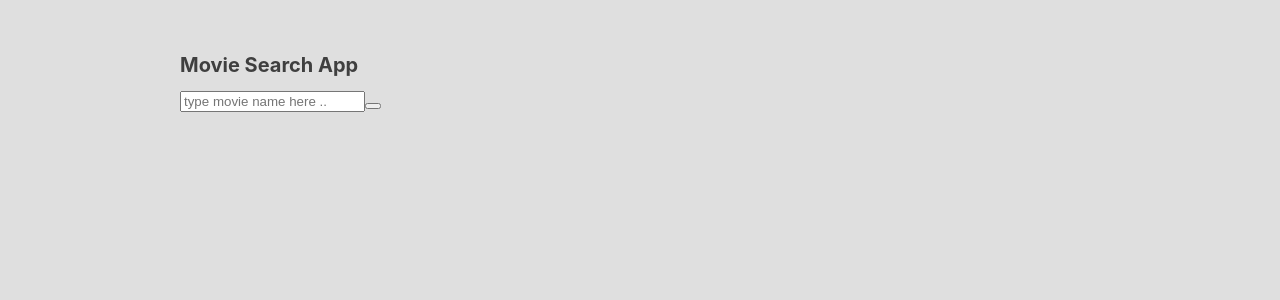
Repository: alialshara94/Movies-Search-React
Page: /
An editor plug-in stored every save of this project. The page is shown before and after the next save, followed by the edit.
The browser window is 1280 px wide. The pictures show the whole page.
The project was rebuilt for these pictures with package versions that can differ from the ones it lists, and the page was loaded fresh each time.

Above is the page before, as saved 2020-10-21 02:22:29.

After the next save:
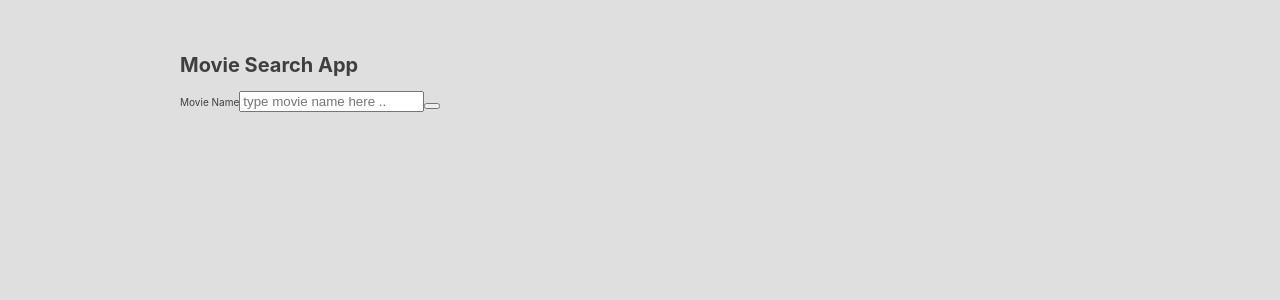
Saved 82 s later.
--- a/src/components/SearchMovies.js
+++ b/src/components/SearchMovies.js
@@ -1,9 +1,14 @@
 import React from 'react';
 
+//to create the SearchMovies component
+//form with a class of form
+//label with htmlFor="query" and a class of Label
+//input of type text with a name of "query" and a placeholder
+//button class of button and a type of submit
 const SearchMovies = () => {
     return(
         <form className="form">
-            <label htmlFor="query" className="Label"></label>
+            <label htmlFor="query" className="Label">Movie Name</label>
             <input type="text" name="query" placeholder="type movie name here .. "/>
             <button type="submit" className="button"></button>
         </form>
